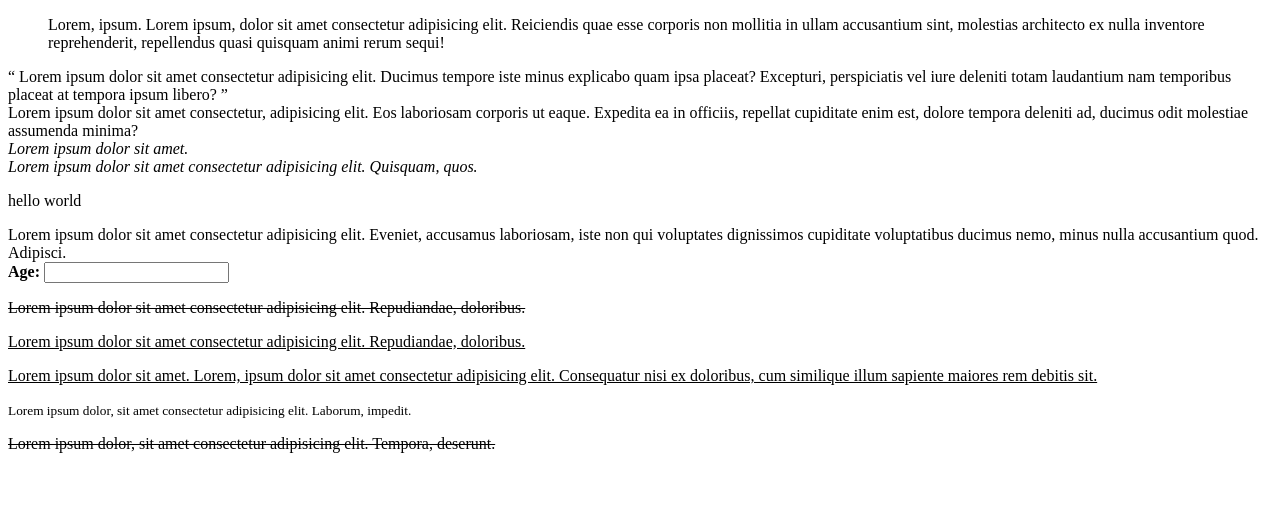
Repository: arunyerram/Web-TEChnologies
Page: p.html
The author's editor kept a copy of each file at every save. The page is drawn from the files as they stood at one save, then again after a run of saves.
The browser window is 1280 px wide. The pictures show the whole page.

Above is the page before, as saved 2025-02-21 11:59:28.

### p.html
<!DOCTYPE html>
<html lang="en">
<head>
    <meta charset="UTF-8">
    <meta name="viewport" content="width=device-width, initial-scale=1.0">
    <title>Document</title>
</head>
<body>
    <!-- the <blockquote>,<q>, <abbr>, <address>, <cite>,  <bdo> -->
        <blockquote>
            Lorem, ipsum.
            Lorem ipsum, dolor sit amet consectetur adipisicing elit. Reiciendis quae esse corporis non mollitia in ullam accusantium sint, molestias architecto ex nulla inventore reprehenderit, repellendus quasi quisquam animi rerum sequi!
        </blockquote>
        <q>
            Lorem ipsum dolor sit amet consectetur adipisicing elit. Ducimus tempore iste minus explicabo quam ipsa placeat? Excepturi, perspiciatis vel iure deleniti totam laudantium nam temporibus placeat at tempora ipsum libero?
        </q>
        <br/>
        <abbr>
            Lorem ipsum dolor sit amet consectetur, adipisicing elit. Eos laboriosam corporis ut eaque. Expedita ea in officiis, repellat cupiditate enim est, dolore tempora deleniti ad, ducimus odit molestiae assumenda minima?
        </abbr>

        <address>
            Lorem ipsum dolor sit amet.
        </address>
        <cite>
            Lorem ipsum dolor sit amet consectetur adipisicing elit. Quisquam, quos.
        </cite>

        <bdo>
            <p>hello world</p>
            Lorem ipsum dolor sit amet consectetur adipisicing elit. Eveniet, accusamus laboriosam, iste non qui voluptates dignissimos cupiditate voluptatibus ducimus nemo, minus nulla accusantium quod. Adipisci.
        </bdo>
        <br/>

        <strong><label for="age"> Age:</label></strong>
        <input type="age" id="age" name="age">


        <p> <del> Lorem ipsum dolor sit amet consectetur adipisicing elit. Repudiandae, doloribus.</del></p>

        <p> <ins> Lorem ipsum dolor sit amet consectetur adipisicing elit. Repudiandae, doloribus.</ins></p>
        <p><u>Lorem ipsum dolor sit amet. Lorem, ipsum dolor sit amet consectetur adipisicing elit. Consequatur nisi ex doloribus, cum similique illum sapiente maiores rem debitis sit.</u></p>

        <p><small>Lorem ipsum dolor, sit amet consectetur adipisicing elit. Laborum, impedit.</small></p>
        <p><s>Lorem ipsum dolor, sit amet consectetur adipisicing elit. Tempora, deserunt.</s></p>


</body>
</html>

After the next 2 saves:
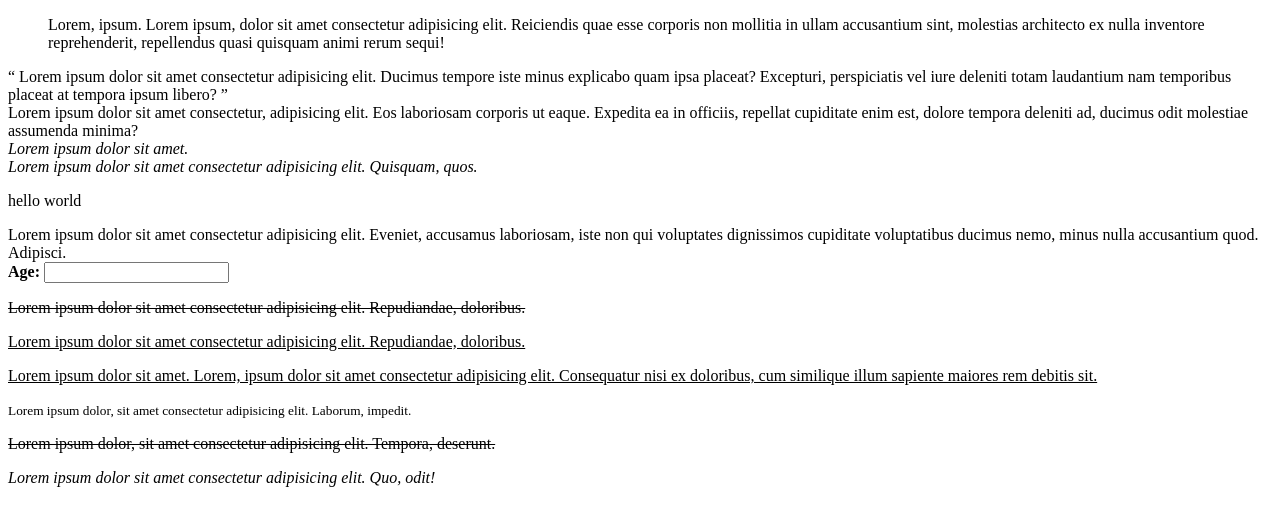
The 2 saves are shown as one change because they came seconds apart.
The last was saved 76 s later.
--- a/p.html
+++ b/p.html
@@ -43,7 +43,7 @@
 
         <p><small>Lorem ipsum dolor, sit amet consectetur adipisicing elit. Laborum, impedit.</small></p>
         <p><s>Lorem ipsum dolor, sit amet consectetur adipisicing elit. Tempora, deserunt.</s></p>
-
+        <p><em>Lorem ipsum dolor sit amet consectetur adipisicing elit. Quo, odit!</em></p>
 
 </body>
 </html>
